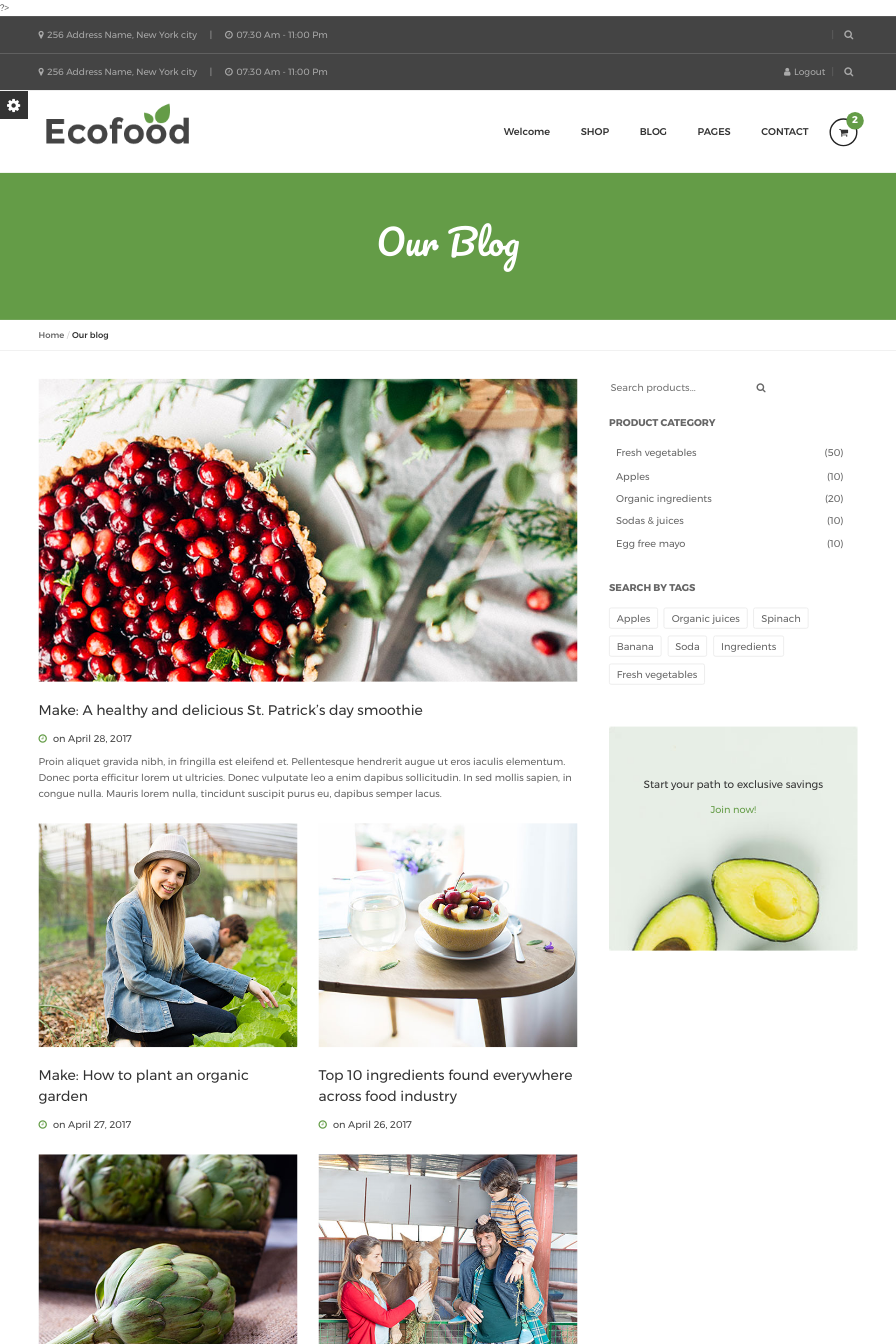
Repository: riteshyadav7878/ecofood
Page: http://localhost/blog-list-with-sidebar-2.php
These files come from the project's save history. The page is drawn as it stood at one moment and after the next save; the edit follows.
The browser window is 1280 px wide. The pictures show the part of the page from y = 0 to 1920 px (the page is 2713 px tall before and 2660 px after), at 70% of full size.
The page is run by PHP 8.4 with error messages shown; the project is at /var/www/html/. The session is filled in as if someone had signed in: {"username": "testuser", "user_id": 1}. Other server files are loaded and not shown.

Above is the page before, as saved 2024-09-09 18:35:19.

### blog-list-with-sidebar-2.php
<?php
session_start();
include 'conn.php';
// Check if the user is logged in
if (!isset($_SESSION['username'])) {
    // Redirect to login page if the user is not logged in
    header("Location: login.php");
    exit();
}
?>

?>

<!DOCTYPE html>
<html class="no-js" lang="en">
<head>
    <meta charset="UTF-8">
    <title>Blog list with sidebar 1 - Ecofood html5 templates</title>
    <meta name="description" content="Ecofood theme template">
    <meta name="author" content="AuCreative">
    <meta name="keywords" content="Ecofood theme template">
    <meta name="viewport" content="width=device-width, initial-scale=1">
    <link href="fonts/fonts.css" rel="stylesheet">
    <link href="vendor/font-awesome/css/font-awesome.min.css" rel="stylesheet">
    <link href="vendor/bootstrap/dist/css/bootstrap.min.css" rel="stylesheet">
    <link href="vendor/css-hamburgers/dist/hamburgers.min.css" rel="stylesheet">
    <link href="vendor/malihu-custom-scrollbar-plugin/jquery.mCustomScrollbar.css" rel="stylesheet">
    <link href="vendor/animate.css/animate.min.css" rel="stylesheet">
    <link href="css/main.css" rel="stylesheet">
    <link href="css/switcher.css" rel="stylesheet">
    <link href="css/colors/green.css" rel="stylesheet" id="colors">
    <link href="css/retina.css" rel="stylesheet">
    <link rel="shortcut icon" href="favicon.png">
    <link rel="apple-touch-icon" href="apple-touch-icon.png">
    <link rel="apple-touch-icon" sizes="72x72" href="apple-touch-icon-72x72.png">
    <link rel="apple-touch-icon" sizes="114x114" href="apple-touch-icon-114x114.html">
    <style>
        /* Style for the popup */
        .popup {
            display: none;
            position: fixed;
            left: 0;
            top: 0;
            width: 100%;
            height: 100%;
            background: rgba(0, 0, 0, 0.8);
            z-index: 1000;
            justify-content: center;
            align-items: center;
        }
        .popup-content {
            background: #fff;
            padding: 20px;
            border-radius: 5px;
            position: relative;
        }
        .popup img {
            max-width: 100%;
            height: auto;
        }
        .popup-close {
            position: absolute;
            top: 10px;
            right: 10px;
            font-size: 20px;
            cursor: pointer;
        }
    </style>
</head>
<body>

<div class="page-loader">
    <div class="loader"></div>
</div>
<div id="switcher">
    <span class="switcher-cog"></span>
    <div class="mCustomScrollbar" data-mcs-theme="minimal-dark">
        <a class="btn-buy" href="https://themeforest.net/cart/add_items?item_ids=20283248&amp;ref=authemes" target="_blank">Buy Now</a>
        <div class="clearfix"></div>
        <div class="m-b-50"></div>
        <span class="sw-title">Main Colors:</span>
        <ul id="tm-color">
            <li class="color1"></li>
            <li class="color2"></li>
            <li class="color3"></li>
            <li class="color4"></li>
            <li class="color5"></li>
            <li class="color6"></li>
            <li class="color7"></li>
        </ul>
        <div class="m-b-50"></div>
        <span class="sw-title">HomePage Layout</span>
        <ul class="demo-homepage">
            <li>
                <a href="index.php">
                    <img src="images/home_1.jpg" alt />
                </a>
                <img class="popup-demo-homepage" src="images/home_1.jpg" alt="Image" />
            </li>
            <!-- Add more layout options here -->
        </ul>
    </div>
</div>
<header>
    <div class="section dark-background">
        <div class="container">
            <div class="header-2">
                <div class="header-left">
                    <p>
                        <i class="fa fa-map-marker"></i>256 Address Name, New York city
                        <span>|</span>
                        <i class="fa fa-clock-o"></i>07:30 Am - 11:00 Pm
                    </p>
                </div>
                <div class="header-right">
                    <span class="divider">|</span>
                    <div class="header-search">
                        <button class="fa fa-search"></button>
                        <div class="search-box">
                            <input type="text" placeholder="Search..." />
                        </div>
                    </div>
                </div>
            </div>
        </div>
    </div>
</header>
<?php include 'Unavbar.php'; ?>

<section>
    <div class="section primary-color-background">
        <div class="container">
            <div class="p-t-70 p-b-85">
                <div class="heading-page-1">
                    <h3>Our Blog</h3>
                </div>
            </div>
        </div>
    </div>
    <div class="section border-bottom-grey">
        <div class="container">
            <div class="breadcrumb-1">
                <ul>
                    <li>
                        <a href="index.php">Home</a>
                    </li>
                    <li>
                        <a href="blog-list-with-sidebar-1.php">Our blog</a>
                    </li>
                </ul>
            </div>
        </div>
    </div>
</section>
<div class="page-content blog-list-page-1 p-t-40 p-b-100">
    <div class="container">
        <div class="row">
            <div class="col-md-4 col-md-push-8">
                <div class="p-l-15 page-sidebar">
                    <div class="search-widget-1">
                        <form class="search-form">
                            <input class="input-text" type="text" placeholder="Search products... " />
                            <span class="underline"></span>
                            <button class="input-submit fa fa-search" type="submit"></button>
                        </form>
                    </div>
                    <div class="m-t-30">
                        <div class="product-category-widget-1">
                            <div class="heading-widget">
                                <h3>PRODUCT CATEGORY</h3>
                            </div>
                            <ul class="product-category-list">
                                <li>
                                    <a href="#">Fresh vegetables</a>
                                    <span class="totals">(50)</span>
                                </li>
                                <li>
                                    <a href="#">Apples</a>
                                    <span class="totals">(10)</span>
                                </li>
                                <li>
                                    <a href="#">Organic ingredients</a>
                                    <span class="totals">(20)</span>
                                </li>
                                <li>
                                    <a href="#">Sodas & juices</a>
                                    <span class="totals">(10)</span>
                                </li>
                                <li>
                                    <a href="#">Egg free mayo</a>
                                    <span class="totals">(10)</span>
                                </li>
                            </ul>
                        </div>
                    </div>
                    <div class="m-t-40">
                        <div class="tags-widget-1">
                            <div class="heading-widget">
                                <h3>SEARCH BY TAGS</h3>
                            </div>
                            <ul class="tags-list">
                                <li>
                                    <a href="#">Apples</a>
                                </li>
                                <li>
                                    <a href="#">Organic juices</a>
                                </li>
                                <li>
                                    <a href="#">Spinach</a>
                                </li>
                                <li>
                                    <a href="#">Banana</a>
                                </li>
                                <li>
                                    <a href="#">Soda</a>
                                </li>
                                <li>
                                    <a href="#">Ingredients</a>
                                </li>
                                <li>
                                    <a href="#">Fresh vegetables</a>
                                </li>
                            </ul>
                        </div>
                    </div>
                    <div class="m-t-50 m-b-30">
                        <div class="banner-widget-1">
                            <img src="images/sidebar-banner-01.jpg" alt="sidebar banner" />
                            <div class="banner-content">
                                <p>Start your path to exclusive savings</p>
                                <a href="#">Join now!</a>
                            </div>
                        </div>
                    </div>
                </div>
            </div>
            <div class="col-md-8 col-md-pull-4">
                <div class="blog-item-1">
                    <div class="blog-item-image">
                        <a href="#">
                            <img src="images/blog-item-04.jpg" alt="Make: A healthy and delicious St. Patrick’s day smoothie" />
                        </a>
                    </div>
                    <div class="blog-item-title">
                        <h3 class="title">
                            <a href="#">Make: A healthy and delicious St. Patrick’s day smoothie</a>
                        </h3>
                    </div>
                    <p class="blog-item-date">
                        <i class="fa fa-clock-o"></i>
                        <span>on April 28, 2017</span>
                    </p>
                    <p class="blog-item-content">Proin aliquet gravida nibh, in fringilla est eleifend et. Pellentesque hendrerit augue ut eros iaculis elementum. Donec porta efficitur lorem ut ultricies. Donec vulputate leo a enim dapibus sollicitudin. In sed mollis sapien, in congue nulla. Mauris lorem nulla, tincidunt suscipit purus eu, dapibus semper lacus.</p>
                </div>
                <div class="row">
                    <div class="col-md-6">
                        <div class="blog-item-1">
                            <div class="blog-item-image">
                                <a href="#">
                                    <img src="images/blog-item-05.jpg" alt="Make: How to plant an organic garden" />
                                </a>
                            </div>
                            <div class="blog-item-title">
                                <h3 class="title">
                                    <a href="#">Make: How to plant an organic garden</a>
                                </h3>
                            </div>
                            <p class="blog-item-date">
                                <i class="fa fa-clock-o"></i>
                                <span>on April 27, 2017</span>
                            </p>
                        </div>
                    </div>
                    <div class="col-md-6">
                        <div class="blog-item-1">
                            <div class="blog-item-image">
                                <a href="#">
                                    <img src="images/blog-item-06.jpg" alt="Top 10 ingredients found everywhere across food industry" />
                                </a>
                            </div>
                            <div class="blog-item-title">
                                <h3 class="title">
                                    <a href="#">Top 10 ingredients found everywhere across food industry</a>
                                </h3>
                            </div>
                            <p class="blog-item-date">
                                <i class="fa fa-clock-o"></i>
                                <span>on April 26, 2017</span>
                            </p>
                        </div>
                    </div>
                    <div class="col-md-6">
                        <div class="blog-item-1">
                            <div class="blog-item-image">
                                <a href="#">
                                    <img src="images/blog-item-07.jpg" alt="Change: Recycle K-Cups in the garden!" />
                                </a>
                            </div>
                            <div class="blog-item-title">
                                <h3 class="title">
                                    <a href="#">Change: Recycle K-Cups in the garden!</a>
                                </h3>
                            </div>
                            <p class="blog-item-date">
                                <i class="fa fa-clock-o"></i>
                                <span>on April 25, 2017</span>
                            </p>
                        </div>
                    </div>
                    <div class="col-md-6">
                        <div class="blog-item-1">
                            <div class="blog-item-image">
                                <a href="#">
                                    <img src="images/blog-item-08.jpg" alt="News: We’re on YouTube!" />
                                </a>
                            </div>
                            <div class="blog-item-title">
                                <h3 class="title">
                                    <a href="#">News: We’re on YouTube!</a>
                                </h3>
                            </div>
                            <p class="blog-item-date">
                                <i class="fa fa-clock-o"></i>
                                <span>on April 24, 2017</span>
                            </p>
                        </div>
                    </div>
                </div>
                <div class="m-t-50">
                    <div class="pagination-widget-1">
                        <ul class="pagination-list">
                            <li class="prev">
                                <a href="#">
                                    <i class="fa fa-angle-left"></i>
                                    <span>Previous</span>
                                </a>
                            </li>
                            <li class="item active">
                                <a href="#">
                                    <span>1</span>
                                </a>
                            </li>
                            <li class="item">
                                <a href="#">
                                    <span>2</span>
                                </a>
                            </li>
                            <li class="item">
                                <a href="#">
                                    <span>3</span>
                                </a>
                            </li>
                            <li class="next">
                                <a href="#">
                                    <span>Next</span>
                                    <i class="fa fa-angle-right"></i>
                                </a>
                            </li>
                        </ul>
                    </div>
                </div>
            </div>
        </div>
    </div>
</div>

<!-- Popup HTML -->
<div id="popup" class="popup">
    <div class="popup-content">
        <span class="popup-close">&times;</span>
        <img id="popup-img" src="" alt="Popup Image">
        <p id="popup-caption"></p>
    </div>
</div>

<?php include 'Footer.php'; ?>

<div id="up-to-top">
    <i class="fa fa-angle-up"></i>
</div>

<script src="vendor/jquery/dist/jquery.min.js"></script>
<script src="vendor/bootstrap/dist/js/bootstrap.min.js"></script>
<script src="vendor/retinajs/dist/retina.min.js"></script>
<script src="vendor/SmoothScroll/SmoothScroll.js"></script>
<script src="js/switcher-custom.js"></script>
<script src="js/main.js"></script>
<script>
    // Function to open the popup
    function openPopup(src, caption) {
        var popup = document.getElementById('popup');
        var popupImg = document.getElementById('popup-img');
        var popupCaption = document.getElementById('popup-caption');
        popup.style.display = 'flex';
        popupImg.src = src;
        popupCaption.textContent = caption;
    }

    // Function to close the popup
    function closePopup() {
        var popup = document.getElementById('popup');
        popup.style.display = 'none';
    }

    // Add event listener to close the popup when clicking the close button
    document.querySelector('.popup-close').addEventListener('click', closePopup);

    // Add event listener to close the popup when clicking outside the popup content
    document.getElementById('popup').addEventListener('click', function(e) {
        if (e.target === this) {
            closePopup();
        }
    });

    // Add event listeners to blog item images
    document.querySelectorAll('.blog-item-image a').forEach(function(link) {
        link.addEventListener('click', function(e) {
            e.preventDefault(); // Prevent the default link behavior
            var img = this.querySelector('img');
            openPopup(img.src, img.alt);
        });
    });
</script>
</body>
</html>

### conn.php
<?php
$servername = "localhost";  // Replace with your server details
$username = "root";         // Replace with your database username
$password = "";             // Replace with your database password
$dbname = "ecofood";  // Replace with your database name

// Create connection
$conn = new mysqli($servername, $username, $password, $dbname);

// Check connection
if ($conn->connect_error) {
    die("Connection failed: " . $conn->connect_error);
}
// echo "Connected successfully";
?>

### Footer.php
<footer>

<div class="footer-1 footer-2">
<div class="container">
<div class="row">
<div class="col-md-4 col-sm-4">
<div class="footer-introduce">
<div class="footer-logo">
<img src="images/icons/ic-logo-02.png" alt="logo ecofood" />
</div>
<div class="footer-intro">
<p>In vel auctor nunc, ut sodales tortor. Fusce venenatis sit amet mauris sed venenatis. Maecenas eu urna vitae ligula ornare eleifend in a lorem.</p>
</div>
</div>
</div>
<div class="col-md-4 col-sm-4">
<div class="footer-services">
<div class="footer-heading">
<h3>CUSTOMER SERVICES</h3>
</div>
<div class="row">
<div class="col-md-6">
<ul>
<li>
<a href="#">Product recall notices</a>
</li>
<li>
<a href="#">Order information</a>
</li>
<li>
<a href="#">Shipping & returns</a>
</li>
</ul>
</div>
<div class="col-md-6">
<ul>
<li>
<a href="#">Privacy policy</a>
</li>
<li>
<a href="#">Terms & conditions</a>
</li>
<li>
<a href="#">FAQs</a>
</li>
</ul>
</div>
</div>
</div>
</div>
<div class="col-md-4 col-sm-4">
<div class="footer-contact">
<div class="footer-heading">
<h3>CONTACT US</h3>
</div>
<ul>
<li>
<i class="fa fa-map-marker"></i>
<span>256 address name, New York city</span>
</li>
<li>
<i class="fa fa-clock-o"></i>
<span>7:30 Am - 11:00 Pm. Monday - Sunday</span>
</li>
<li>
<i class="fa fa-phone"></i>
<span>(044) 359 0173</span>
</li>
</ul>
</div>
</div>
</div>
<div class="footer-bottom">
<div class="footer-copyright">
<p>© 2017 Designed by AuThemes. All rights reserved.</p>
</div>
<ul class="footer-socials">
<li>
<a class="fa fa-facebook" href="#"></a>
</li>
<li>
<a class="fa fa-google-plus" href="#"></a>
</li>
<li>
<a class="fa fa-youtube" href="#"></a>
</li>
</ul>
</div>
</div>
</div>

</footer>

### css/retina.css
@media all and (-webkit-min-device-pixel-ratio:1.5){}

Loaded but not shown: css/main.css (library); css/colors/green.css (library); js/modernizr-custom.js (library); js/main.js (8 lines, source omitted); js/owl-custom.js (2 lines, source omitted); js/revo-slider-custom.js (2 lines, source omitted); js/switcher-custom.js (1 lines, source omitted); Unavbar.php (224 lines, source omitted); css/switcher.css (1 lines, source omitted); fonts/fonts.css (1 lines, source omitted)

After the next save:
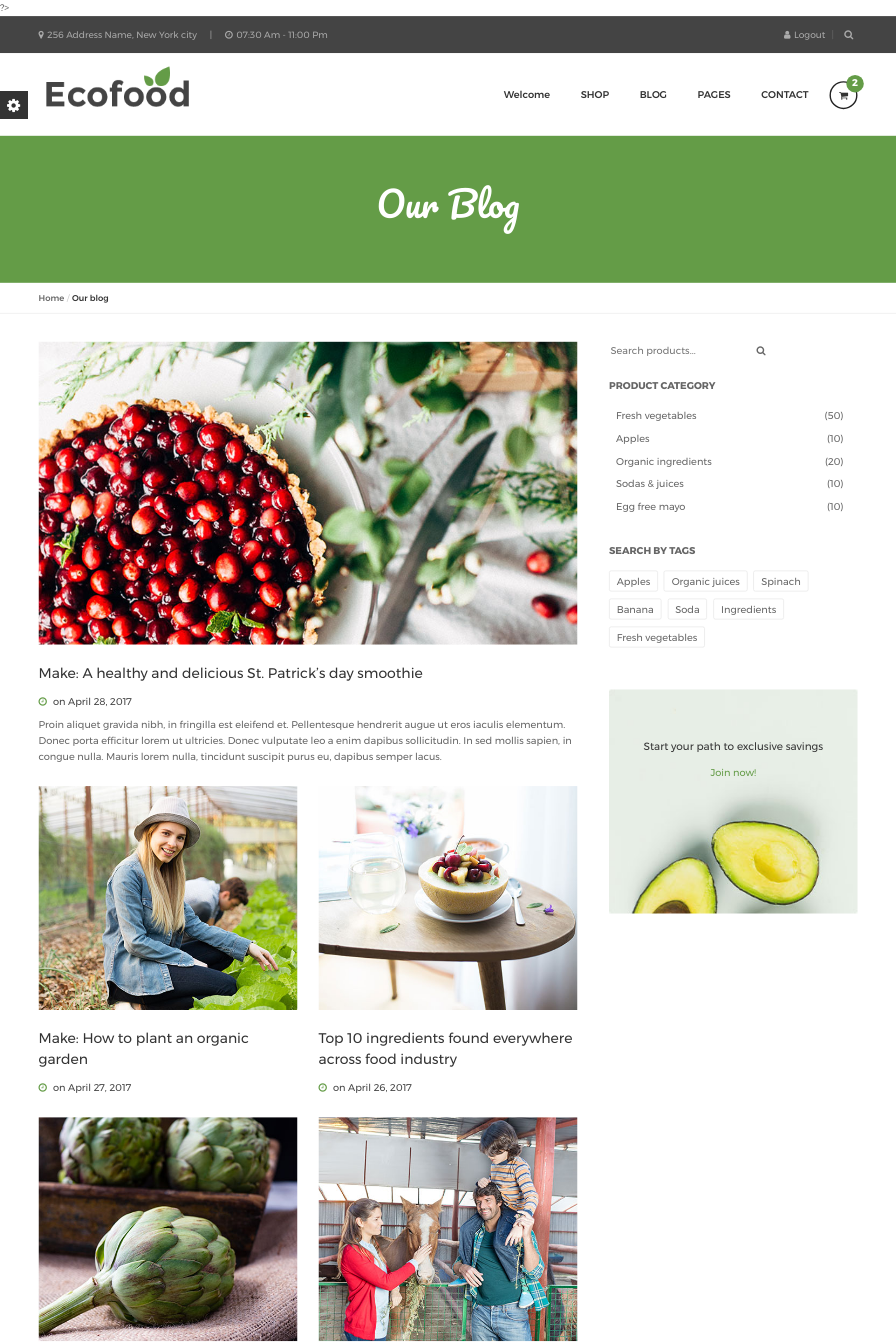
Saved 3 min 35 s later.
--- a/blog-list-with-sidebar-2.php
+++ b/blog-list-with-sidebar-2.php
@@ -101,30 +101,7 @@ if (!isset($_SESSION['username'])) {
         </ul>
     </div>
 </div>
-<header>
-    <div class="section dark-background">
-        <div class="container">
-            <div class="header-2">
-                <div class="header-left">
-                    <p>
-                        <i class="fa fa-map-marker"></i>256 Address Name, New York city
-                        <span>|</span>
-                        <i class="fa fa-clock-o"></i>07:30 Am - 11:00 Pm
-                    </p>
-                </div>
-                <div class="header-right">
-                    <span class="divider">|</span>
-                    <div class="header-search">
-                        <button class="fa fa-search"></button>
-                        <div class="search-box">
-                            <input type="text" placeholder="Search..." />
-                        </div>
-                    </div>
-                </div>
-            </div>
-        </div>
-    </div>
-</header>
+
 <?php include 'Unavbar.php'; ?>
 
 <section>
